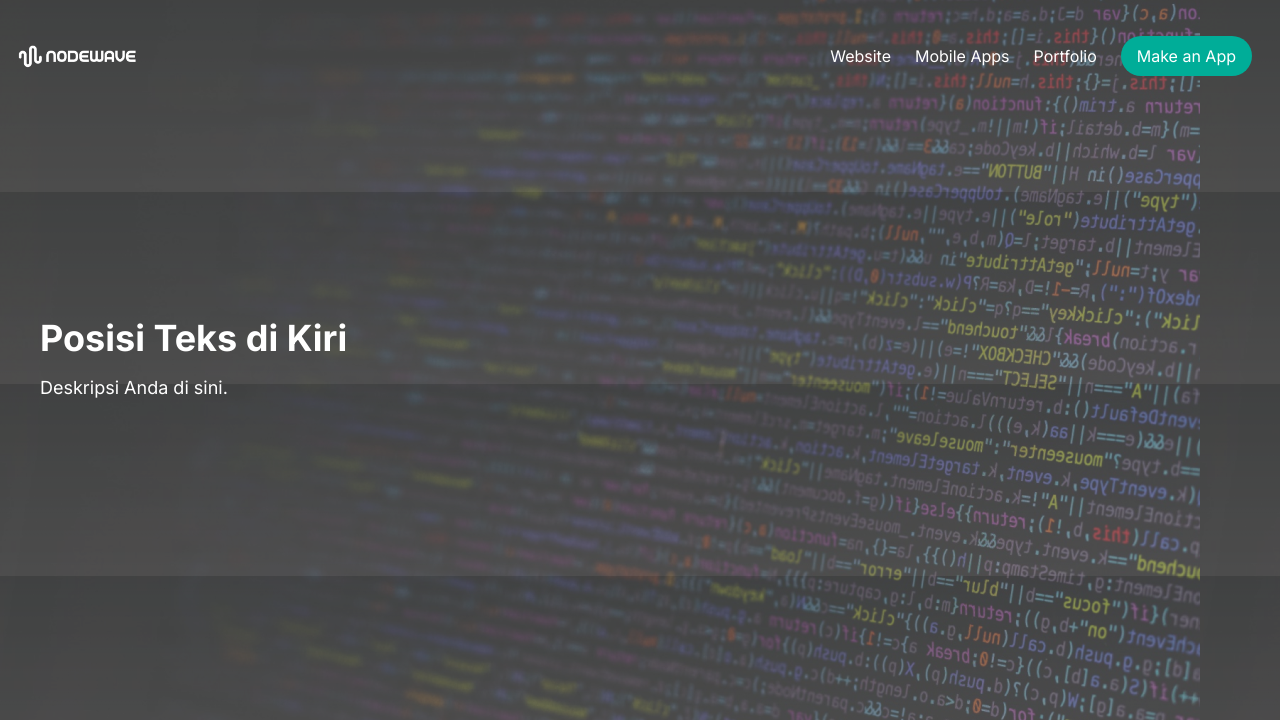
Repository: farrelmuhammad/nodewave
Page: /
An editor plug-in stored every save of this project. The page is shown before and after the next save, followed by the edit.
The browser window is 1280 px wide. The pictures show the whole page.
The project was rebuilt for these pictures with package versions that can differ from the ones it lists, and the page was loaded fresh each time. The framework's server and built-in components were replaced by stand-ins that run in the browser. Also part of the build but not shown: next.config.js.

Above is the page before, as saved 2023-09-08 13:30:05.

### src/app/page.js
import Hero from '@/components/Hero'
import Navbar from '@/components/Navbar'

export default function Home() {
  return (
    <>
      <Navbar />
      <Hero />
    </>
  )
}

### src/app/globals.css
@tailwind base;
@tailwind components;
@tailwind utilities;

@import url('https://fonts.googleapis.com/css2?family=Poppins:wght@300;400;500;600;700&display=swap');

:root {
  --foreground-rgb: 0, 0, 0;
  --background-start-rgb: 214, 219, 220;
  --background-end-rgb: 255, 255, 255;
  font-family: 'Poppins', sans-serif;
}

@media (prefers-color-scheme: dark) {
  :root {
    --foreground-rgb: 255, 255, 255;
    --background-start-rgb: 0, 0, 0;
    --background-end-rgb: 0, 0, 0;
  }
}

body {
  color: rgb(var(--foreground-rgb));
  background: linear-gradient(
      to bottom,
      transparent,
      rgb(var(--background-end-rgb))
    )
    rgb(var(--background-start-rgb));
}

@media only screen and (max-width: 768px) {
  .hero .hero-image,
  .hero .hero-caption {
    min-height: 90vh;
  }
  .hero .hero-cta {
    @apply w-12 h-12;
    transform: translateX(-75px) translateY(-50%);
    background-size: 37.5%;
  }
}

### src/components/Hero.jsx
import React from "react";
import Image from "next/image";

const Hero = () => {
  return (
    <main className="flex h-full items-center justify-between p-24">
      <div
        className="absolute inset-0 bg-opacity-50 bg-black"
        style={{
          backgroundImage: 'url("/assets/background.png")', // Ganti dengan path gambar latar belakang Anda
        }}
      ></div>

      {/* Hero Content */}
      <div className="absolute inset-0 flex items-center justify-start px-10">
        <div className="text-white">
          <h1 className="text-4xl font-bold mb-4">Posisi Teks di Kiri</h1>
          <p className="text-lg">Deskripsi Anda di sini.</p>
        </div>
      </div>
    </main>
  );
};

export default Hero;

### src/components/Navbar.jsx
import React from "react";
import Image from "next/image";

const Navbar = () => {
  return (
    <header class="absolute w-full z-50 px-4">
      <div class="container mx-auto py-5">
        <div class="flex flex-stretch items-center">
          <div class="w-56 items-center flex">
            <Image src="/assets/Logo.png" width={226} height={100} alt="Logo" />
          </div>
          <div class="w-full"></div>
          <div class="w-auto py-4">
            <ul
              class="fixed bg-white inset-0 flex flex-col invisible items-center justify-center opacity-0 md:visible md:flex-row md:bg-transparent md:relative md:opacity-100 md:flex md:items-center"
              id="menu"
            >
              <li class="mx-3 py-6 md:py-0">
                <a href="#" class="text-black md:text-white hover:underline">
                  Website
                </a>
              </li>
              <li class="mx-3 py-6 md:py-0">
                <a
                  href="#"
                  class="text-black md:text-white hover:underline whitespace-nowrap overflow-ellipsis"
                >
                  Mobile Apps
                </a>
              </li>
              <li class="mx-3 py-6 md:py-0">
                <a href="#" class="text-black md:text-white hover:underline">
                  Portfolio
                </a>
              </li>
              <li class="mx-3 py-6 md:py-0">
                <button class="px-4 py-2 bg-[#00AD98] rounded-full">
                  <a
                    href="#"
                    class="text-black md:text-white hover:underline whitespace-nowrap overflow-ellipsis"
                  >
                    Make an App
                  </a>
                </button>
              </li>
            </ul>
          </div>
          <div class="w-auto">
            <ul class="items-center flex">
              <li class="ml-6 block md:hidden">
                <button
                  id="menu-toggler"
                  class="relative flex z-50 items-center justify-center w-8 h-8 text-black md:text-white focus:outline-none"
                >
                  <svg
                    class="fill-current"
                    width="18"
                    height="17"
                    viewBox="0 0 18 17"
                  >
                    <path d="M15.9773 0.461304H1.04219C0.466585 0.461304 0 0.790267 0 1.19609C0 1.60192 0.466668 1.93088 1.04219 1.93088H15.9773C16.5529 1.93088 17.0195 1.60192 17.0195 1.19609C17.0195 0.790208 16.5529 0.461304 15.9773 0.461304Z" />
                    <path d="M15.9773 7.68802H1.04219C0.466585 7.68802 0 8.01698 0 8.42281C0 8.82864 0.466668 9.1576 1.04219 9.1576H15.9773C16.5529 9.1576 17.0195 8.82864 17.0195 8.42281C17.0195 8.01692 16.5529 7.68802 15.9773 7.68802Z" />
                    <path d="M15.9773 14.9147H1.04219C0.466585 14.9147 0 15.2437 0 15.6495C0 16.0553 0.466668 16.3843 1.04219 16.3843H15.9773C16.5529 16.3843 17.0195 16.0553 17.0195 15.6495C17.0195 15.2436 16.5529 14.9147 15.9773 14.9147Z" />
                  </svg>
                </button>
              </li>
            </ul>
          </div>
        </div>
      </div>
    </header>
  );
};

export default Navbar;

Loaded but not shown: src/app/layout.js (common file); tailwind.config.js (common file)

After the next save:
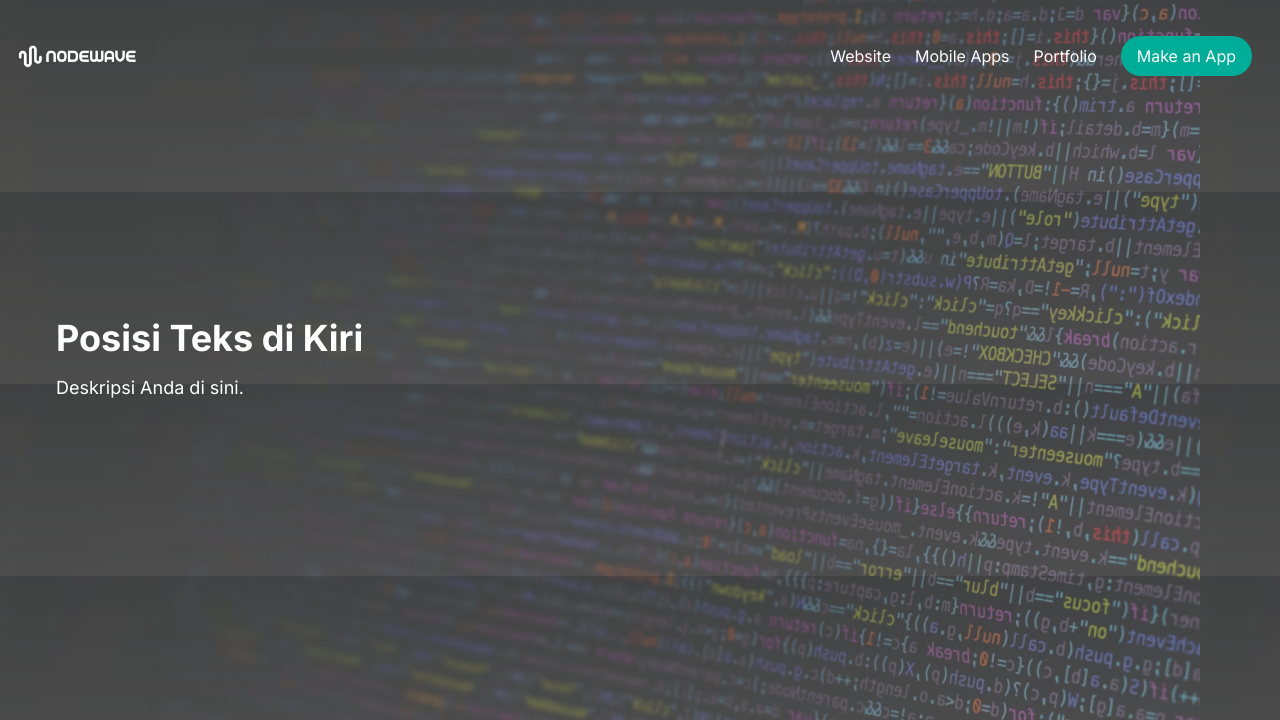
Saved 5 s later.
--- a/src/components/Hero.jsx
+++ b/src/components/Hero.jsx
@@ -12,7 +12,7 @@
       ></div>
 
       {/* Hero Content */}
-      <div className="absolute inset-0 flex items-center justify-start px-10">
+      <div className="absolute inset-0 flex items-center justify-start px-14">
         <div className="text-white">
           <h1 className="text-4xl font-bold mb-4">Posisi Teks di Kiri</h1>
           <p className="text-lg">Deskripsi Anda di sini.</p>
